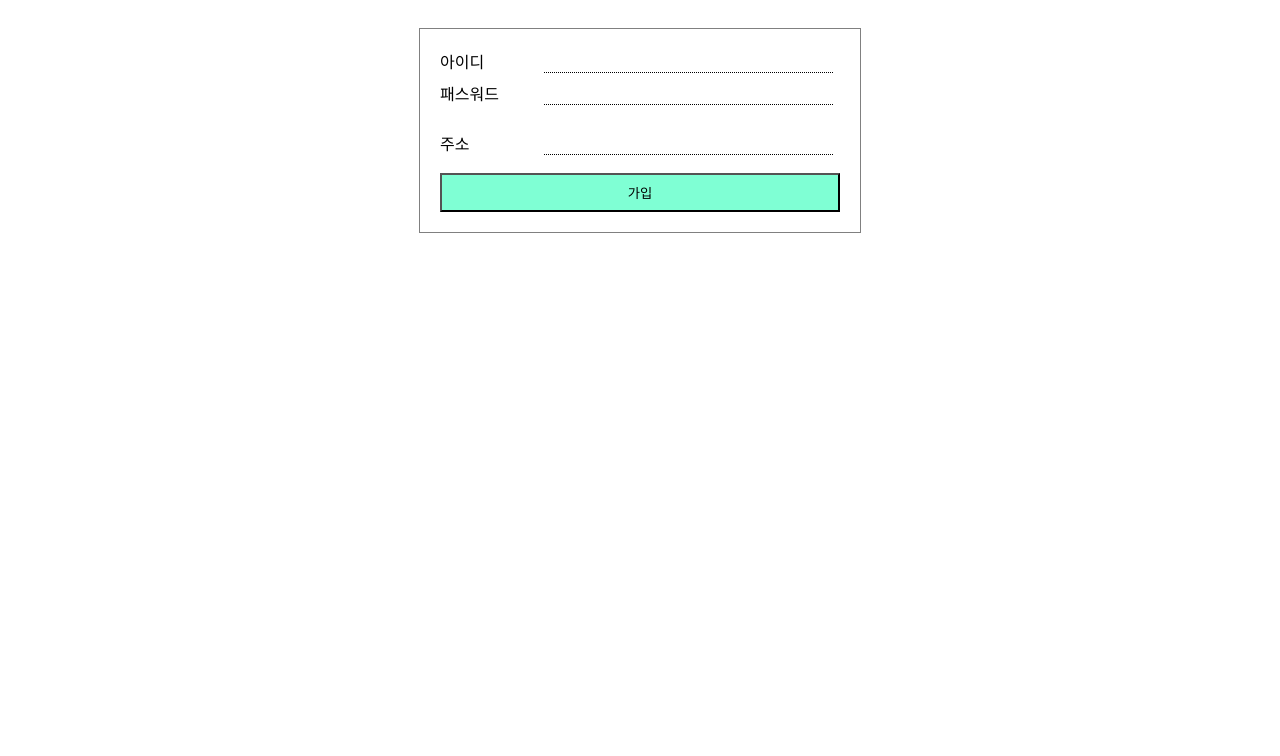
Repository: hyunhub-Park/jspStudy
Page: jspStudy/src/main/webapp/member/write.html
An editor plug-in stored every save of this project. The page is shown before and after the next save, followed by the edit.
The browser window is 1280 px wide. The pictures show the whole page.

Above is the page before, as saved 2024-12-03 12:23:21.

After the next save:
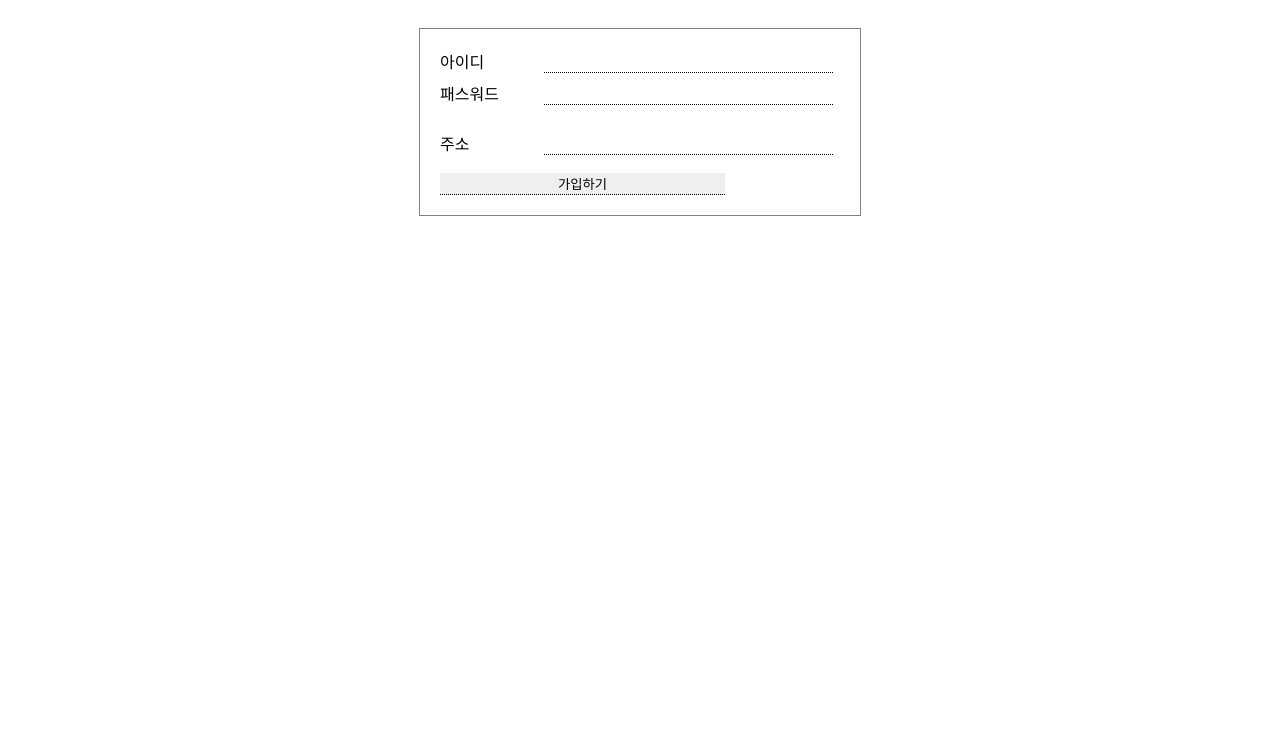
Saved 2 min 54 s later.
--- a/jspStudy/src/main/webapp/member/write.html
+++ b/jspStudy/src/main/webapp/member/write.html
@@ -116,8 +116,8 @@
         <label for="addr1">주소</label>
         <input type="text" name="addr1" id="addr1"> <br> <br>
         <!-- <input type="text" name="addr2" id="addr2"> <br> <br> -->
-				<button type="subit">가입</button>
-        <!-- <input type="submit"></input> -->
+				<!-- <button type="subit">가입</button> -->
+        <input type="submit" value="가입하기"></input>
     </form>
 </body>
 </html>
